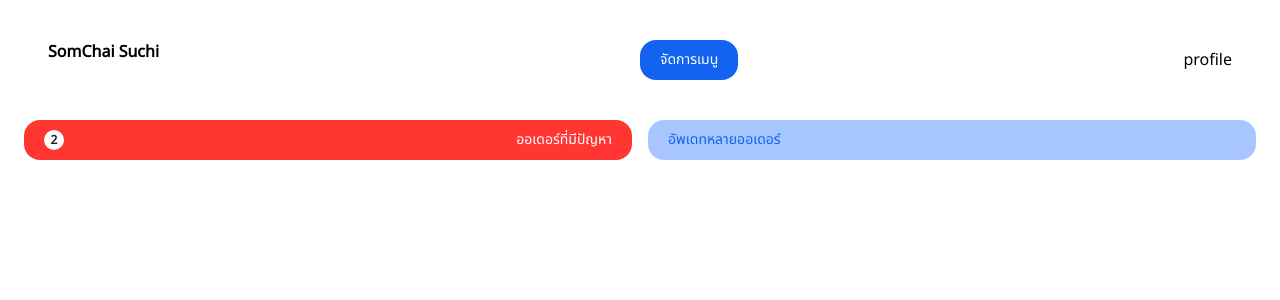
Repository: Pingping1004/food-ordering
Page: / (app in frontend/)
An editor plug-in stored every save of this project. The page is shown before and after the next save, followed by the edit.
The browser window is 1280 px wide. The pictures show the whole page.
The project was rebuilt for these pictures with package versions that can differ from the ones it lists, and the page was loaded fresh each time. The framework's server and built-in components were replaced by stand-ins that run in the browser. Also part of the build but not shown: frontend/next.config.ts.

Above is the page before, as saved 2025-06-04 05:28:13.

### frontend/src/app/layout.tsx
import type { Metadata } from "next";
import { Geist, Geist_Mono } from "next/font/google";
import "./globals.css";

const geistSans = Geist({
  variable: "--font-geist-sans",
  subsets: ["latin"],
});

const geistMono = Geist_Mono({
  variable: "--font-geist-mono",
  subsets: ["latin"],
});

export const metadata: Metadata = {
  title: "Create Next App",
  description: "Generated by create next app",
};

export default function RootLayout({
  children,
}: Readonly<{
  children: React.ReactNode;
}>) {
  return (
    <html lang="en">
      <head>
        {/* // Poppins google font api connected */}
          <link rel="preconnect" href="https://fonts.googleapis.com" />
          <link
              rel="preconnect"
              href="https://fonts.gstatic.com"
              crossOrigin="anonymous"
          />

          {/* // Poppins google font api connected */}
          <link href='https://fonts.googleapis.com/css?family=Noto Sans Thai' rel='stylesheet'></link>
      </head>
      <body
        className={`${geistSans.variable} ${geistMono.variable} antialiased`}
      >
        {children}
      </body>
    </html>
  );
}

### frontend/src/app/page.tsx
import { Button } from "@/components/Button";
import CookerHeader from "@/components/cookers/Header";
import { NumberIssued } from "@/components/NumberIssue";

export default function CookerHomePage() {
  return (
    <div className="py-10 px-6">
      <CookerHeader />
      <section className="grid grid-cols-2 py-10 gap-4">
        <Button
          variant="danger"
          size="md"
          className="flex items-center justify-between"
          icon={<NumberIssued issuedOrder={2} />}
        >
          ออเดอร์ที่มีปัญหา
        </Button>
        <Button
          variant="secondary"
          size="md"
          className="flex items-center justify-between"
        >อัพเดทหลายออเดอร์</Button>
      </section>
    </div>
  );
}

### frontend/src/app/globals.css
@import "tailwindcss";

body {
  font-family: 'Poppins', 'Noto Sans Thai', sans-serif;
}

:root {
  --background: #ffffff;
  --foreground: #171717;
}

@theme inline {
  --color-background: var(--background);
  --color-foreground: var(--foreground);
  --font-sans: var(--font-geist-sans);
  --font-mono: var(--font-geist-mono);
}

@theme {
    --color-danger-main: #FF3632;
    --color-danger-light: #FFB2B0;
    --color-primary-main: #1263F0;
    --color-primary-light: #A7C6FF;
}

@media (prefers-color-scheme: dark) {
  :root {
    --background: #0a0a0a;
    --foreground: #ededed;
  }
}

.bg-primary {
    background-color: #1263F0;
}

.text-primary {
  color: #1E1E1E;
}

.text-secondary {
  color: #1E1E1E;
  opacity: 0.75;
}

.text-tertiary {
  color: #1E1E1E;
  opacity: 0.5;
}
.text-quaternary {
  color: #1E1E1E;
  opacity: 0.25;
}

.poppins-thin {
  font-family: "Poppins", sans-serif;
  font-weight: 100;
  font-style: normal;
}

.poppins-extralight {
  font-family: "Poppins", sans-serif;
  font-weight: 200;
  font-style: normal;
}

.poppins-light {
  font-family: "Poppins", sans-serif;
  font-weight: 300;
  font-style: normal;
}

.poppins-regular {
  font-family: "Poppins", sans-serif;
  font-weight: 400;
  font-style: normal;
}

.poppins-medium {
  font-family: "Poppins", sans-serif;
  font-weight: 500;
  font-style: normal;
}

.poppins-semibold {
  font-family: "Poppins", sans-serif;
  font-weight: 600;
  font-style: normal;
}

.poppins-bold {
  font-family: "Poppins", sans-serif;
  font-weight: 700;
  font-style: normal;
}

.poppins-extrabold {
  font-family: "Poppins", sans-serif;
  font-weight: 800;
  font-style: normal;
}

.poppins-black {
  font-family: "Poppins", sans-serif;
  font-weight: 900;
  font-style: normal;
}

.noto-sans-regular {
  font-family: "Noto Sans Thai", sans-serif;
  font-weight: 400;
  font-style: normal;
}

.noto-sans-bold {
  font-family: "Noto Sans Thai", sans-serif;
  font-weight: 700;
  font-style: normal;
}

### frontend/src/components/Button.tsx
import { cva, VariantProps } from 'class-variance-authority';
import clsx from 'clsx';
import React from 'react';

const button = cva('noto-sans-regular text-sm', {
    variants: {
        variant: {
            primary: 'bg-primary-main text-white',
            secondary: 'bg-primary-light text-primary-main',
            danger: 'bg-danger-main text-white',
            'secondary-danger': 'bg-danger-light text-danger-main',
        },
        size: {
            md: 'px-5 py-2.5 rounded-2xl',
            lg: 'px-6 py-3 rounded-2xl',
            full: 'w-full py-3 rounded-2xl noto-sans-bold',
            half: 'w-1/2 py-2.5 rounded-2xl',
        },
        disabled: {
            true: 'opacity-50 cursor-not-allowed',
            false: 'cursor-pointer',
        }
    },
    defaultVariants: {
        variant: 'primary',
        size: 'md',
        disabled: false,
    },
});

type ButtonProps = React.ButtonHTMLAttributes<HTMLButtonElement> &
    VariantProps<typeof button> & {
        icon?: React.ReactNode;
        iconPosition?: 'start' | 'end';
    };

export const Button = ({
    className,
    variant,
    size,
    disabled,
    icon,
    iconPosition = 'start',
    children,
    ...props
}: ButtonProps) => {
    return (
        <button className={clsx(button({ variant, size, disabled }), className)} {...props}>
            {icon && iconPosition === 'start' && <span>{icon}</span>}
            <span>{children}</span>
            {icon && iconPosition === 'end' && <span>{icon}</span>}
        </button>
    );
}

### frontend/src/components/cookers/Header.tsx
import React from "react";
import { Button } from "../Button";

export default function CookerHeader() {
    return (
        <>
            <header className="w-full flex items-center px-6">
                <div className="grid grid-cols-2 w-full">
                    <div>
                        <h1 className="font-bold">SomChai Suchi</h1>
                    </div>

                    <div className="w-full flex justify-between items-center">
                        <Button
                            variant="primary"
                            size="md"
                        >จัดการเมนู</Button>

                        <div>
                            <div className="profile-icon">profile</div>
                        </div>
                    </div>
                </div>
            </header>
        </>
    );
}

### frontend/src/components/NumberIssue.tsx
import React from 'react';

export const NumberIssued = ({ issuedOrder }: { issuedOrder: number }) => {
    return (
        <div className="flex items-center justify-center w-5 h-5 rounded-full bg-white text-primary text-xs noto-sans-bold">
            {issuedOrder > 0 ? issuedOrder : 0}
        </div>
    )
}

After the next save:
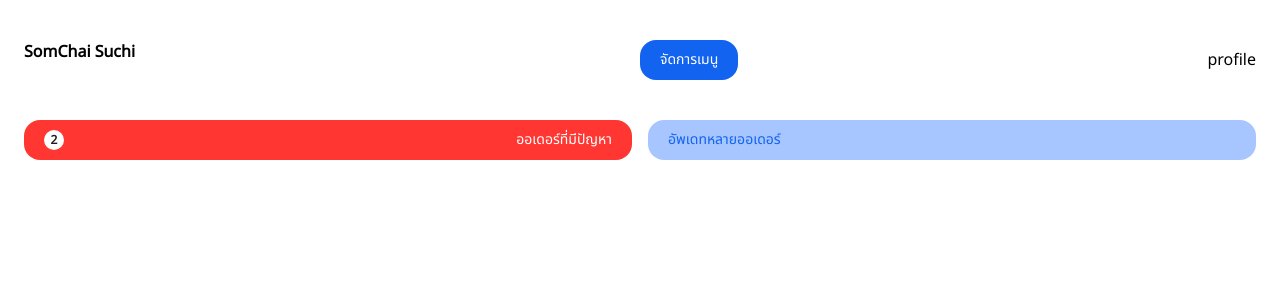
Saved 11 s later.
--- a/frontend/src/components/cookers/Header.tsx
+++ b/frontend/src/components/cookers/Header.tsx
@@ -4,7 +4,7 @@ import { Button } from "../Button";
 export default function CookerHeader() {
     return (
         <>
-            <header className="w-full flex items-center px-6">
+            <header className="w-full flex items-center">
                 <div className="grid grid-cols-2 w-full">
                     <div>
                         <h1 className="font-bold">SomChai Suchi</h1>
